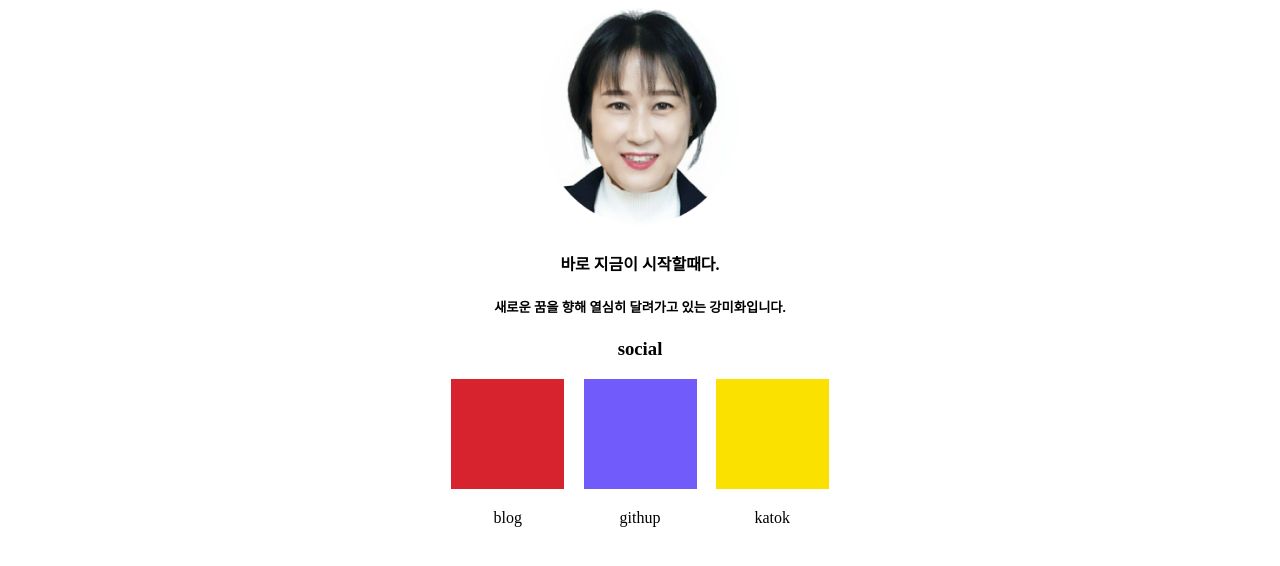
Repository: kmh9964/view
Page: workspace/studyhtml5/src/htmltags03.html
The author's editor kept a copy of each file at every save. The page is drawn from the files as they stood at one save, then again after the next save.
The browser window is 1280 px wide. The pictures show the whole page.

Above is the page before, as saved 2022-12-14 08:24:36.

After the next save:
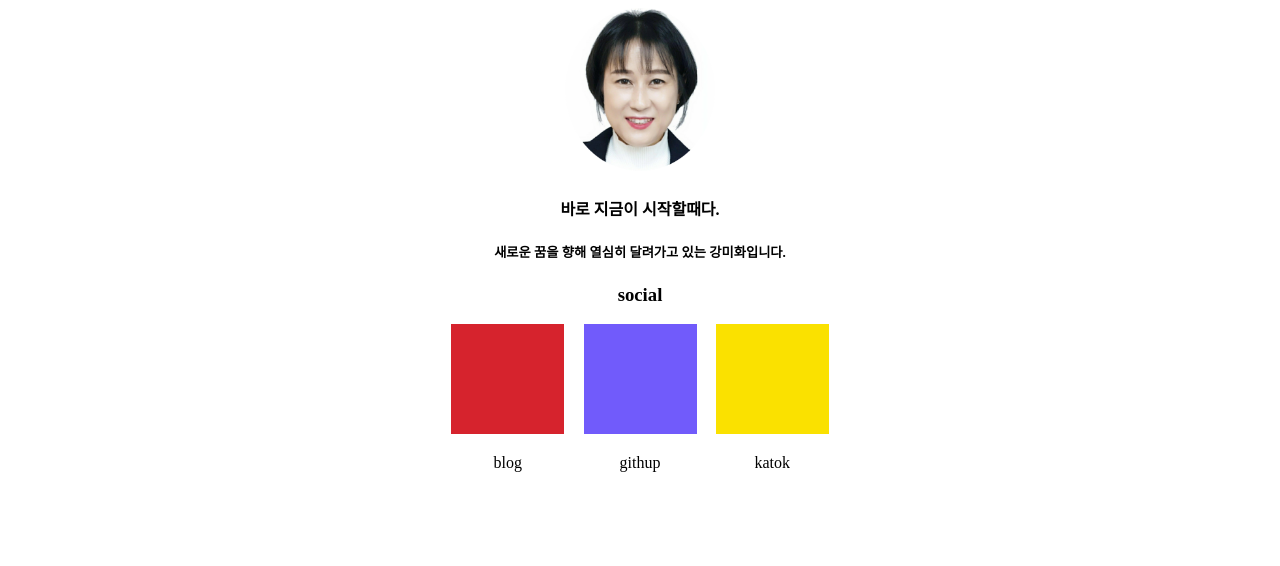
Saved 3 min 2 s later.
--- a/workspace/studyhtml5/src/htmltags03.html
+++ b/workspace/studyhtml5/src/htmltags03.html
@@ -28,7 +28,7 @@
 		}
 	.icons {
 		display: flex;      /* 표시방법 : 플렉스 */
-		justify-content: center;
+		justify-content: center; /* 컨텐츠 -정렬 : 가운데 */
 		column-gap: 1.2rem; /* 컬럼-간격: 1rem만큼 띄어줘 */
 		text-align:center;	/* 텍스트-정렬: 가운데 */
 	}
@@ -38,7 +38,7 @@
 <body class="text-center">
 	<h1 class="d-none">about</h1>
  	<div class="profile">
- 		<img src="images/photo.png" alt="지원자 강미화" width="200">
+ 		<img src="images/photo.png" alt="지원자 강미화" width="150">
  	</div>
  	<h4>바로 지금이 시작할때다. </h4>
  	<h5>새로운 꿈을 향해 열심히 달려가고 있는 강미화입니다. </h5>

After the save that followed:
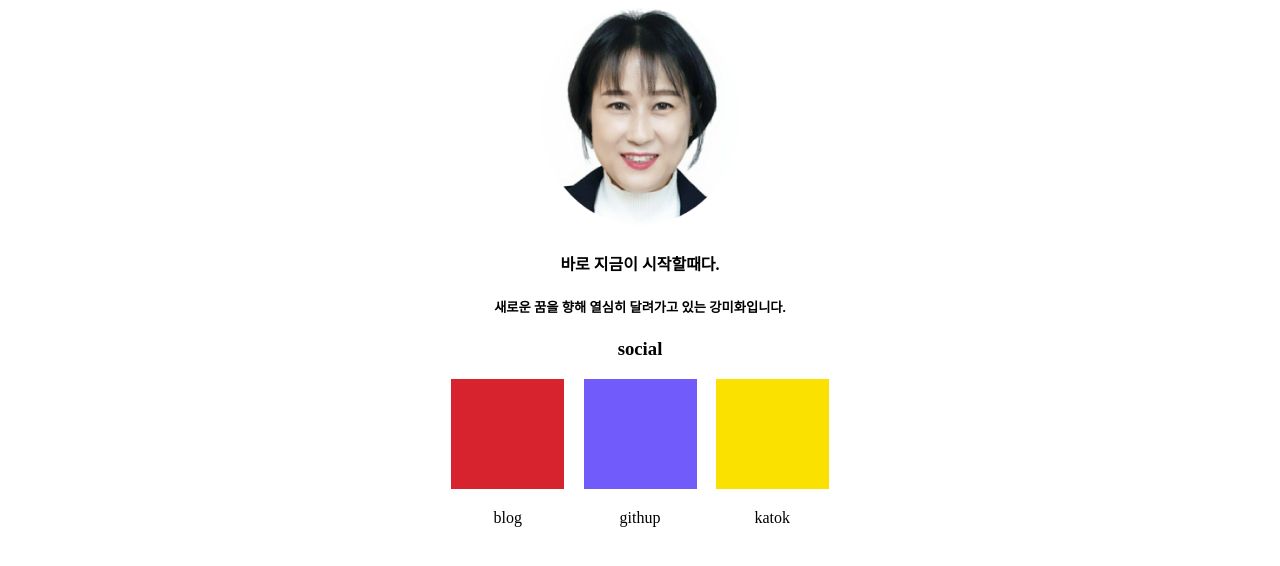
Saved 14 s later.
--- a/workspace/studyhtml5/src/htmltags03.html
+++ b/workspace/studyhtml5/src/htmltags03.html
@@ -38,7 +38,7 @@
 <body class="text-center">
 	<h1 class="d-none">about</h1>
  	<div class="profile">
- 		<img src="images/photo.png" alt="지원자 강미화" width="150">
+ 		<img src="images/photo.png" alt="지원자 강미화" width="200">
  	</div>
  	<h4>바로 지금이 시작할때다. </h4>
  	<h5>새로운 꿈을 향해 열심히 달려가고 있는 강미화입니다. </h5>
